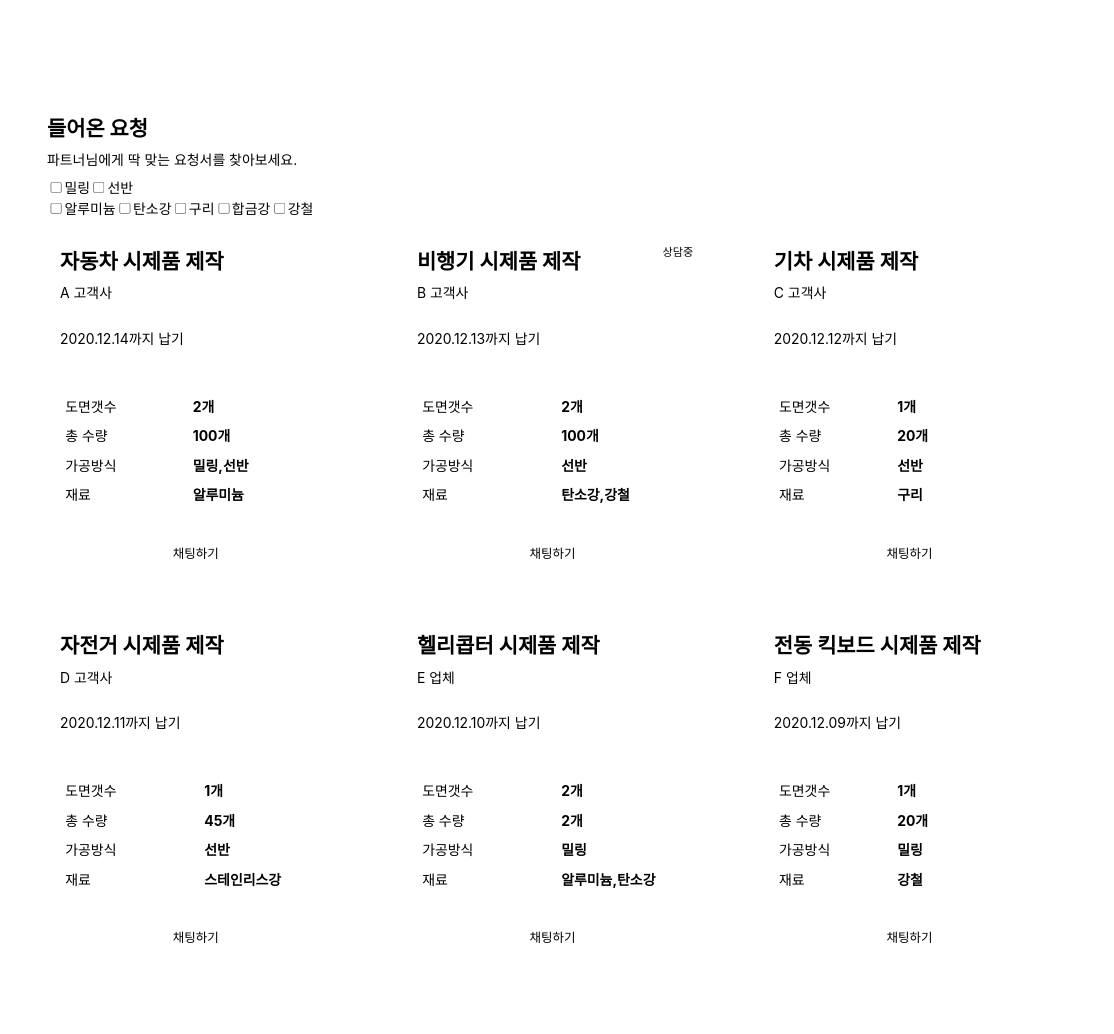
Repository: seoulsaram/capa
Page: /
These files come from the project's save history. The page is drawn as it stood at one moment and after the next save; the edit follows.
The browser window is 1280 px wide. The pictures show the whole page, at 87% of full size.
The project was rebuilt for these pictures with package versions that can differ from the ones it lists, and the page was loaded fresh each time. Requests to the local data server were answered from the project's data file. Also part of the build but not shown: src/App.css, src/components/filter/filter.module.css.

Above is the page before, as saved 2021-03-06 23:26:49.

After the next save:
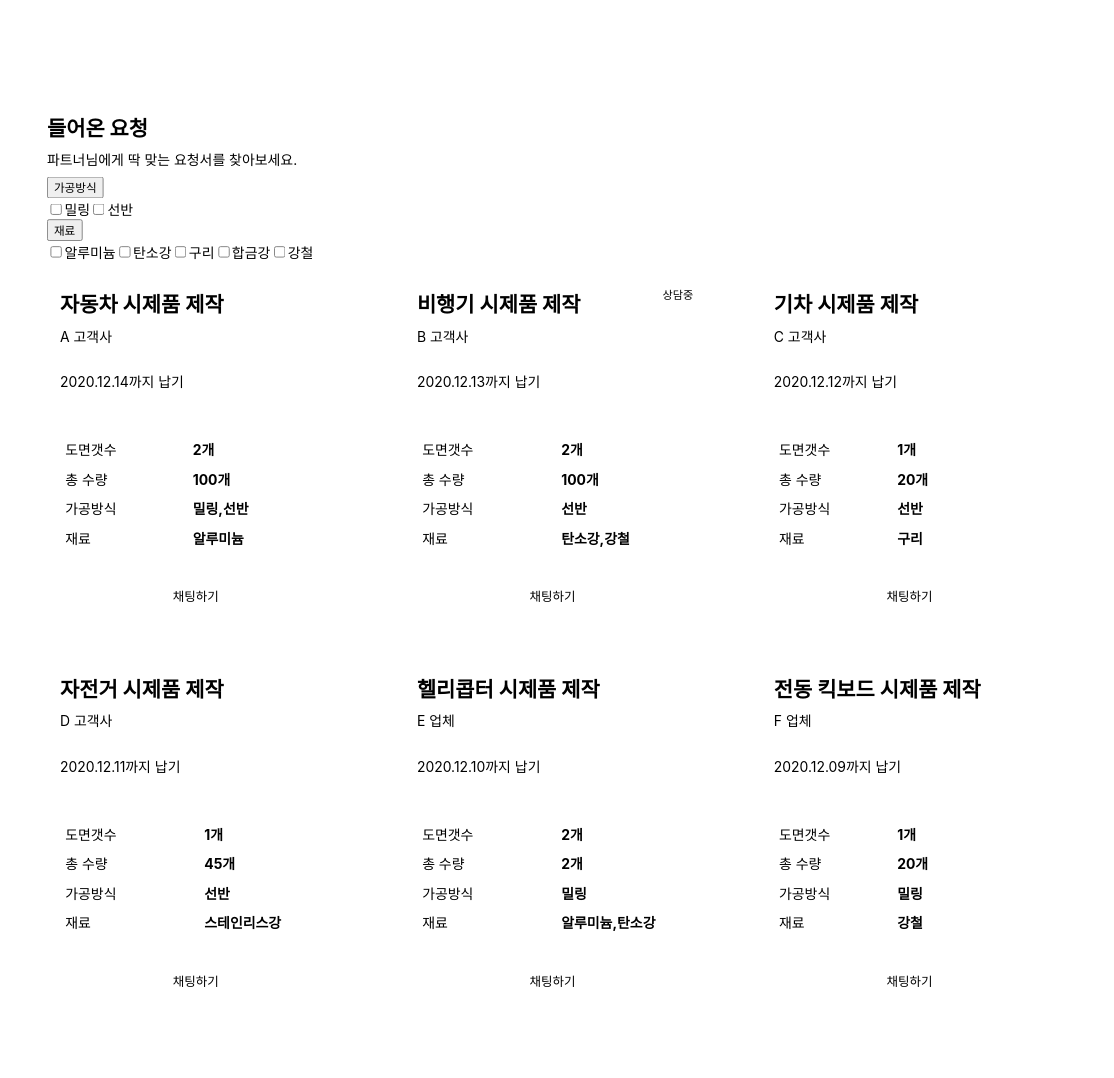
Saved 32 min 13 s later.
--- a/src/components/filter/filter.jsx
+++ b/src/components/filter/filter.jsx
@@ -11,6 +11,7 @@ const Filter = ({ reqInfo }) => {
       {/* 1. 값이 든 배열 만들기
       2. 온클릭 이벤트를 만들기
       3. 이벤트에 두 가지 값을 동시에 필터링하는 로직 넣기 */}
+      <button className={styles.filterBtn}>가공방식</button>
       <div className={styles.filter}>
         <div className={styles.method}>
           {method.map((methods) => (
@@ -22,6 +23,7 @@ const Filter = ({ reqInfo }) => {
         </div>
       </div>
       {/* 재료 */}
+      <button className={styles.filterBtn}>재료</button>
       <div className={styles.filter}>
         <div className={styles.material}>
           {material.map((materials) => (
